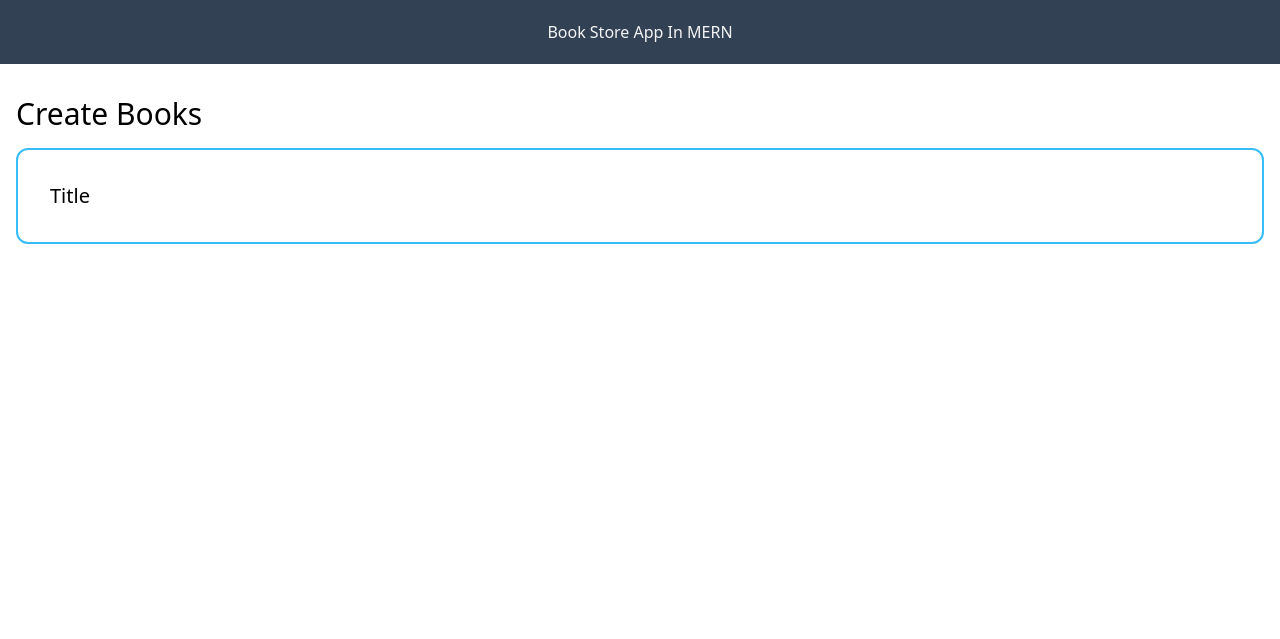
Repository: Attar786/Book_Menagment_Store
Page: /books/create (app in frontend/)
These files come from the project's save history. The page is drawn as it stood at one moment and after the next save; the edit follows.
The browser window is 1280 px wide. The pictures show the whole page.
The project was rebuilt for these pictures with package versions that can differ from the ones it lists, and the page was loaded fresh each time. Also part of the build but not shown: frontend/vite.config.js, frontend/components/Spinner.jsx, frontend/src/pages/Home.jsx, frontend/components/BackButton.jsx, frontend/src/pages/ShowBooks.jsx, frontend/src/pages/EditBooks.jsx, frontend/src/pages/DeleteBooks.jsx.

Above is the page before, as saved 2024-08-13 14:06:22.

After the next save:
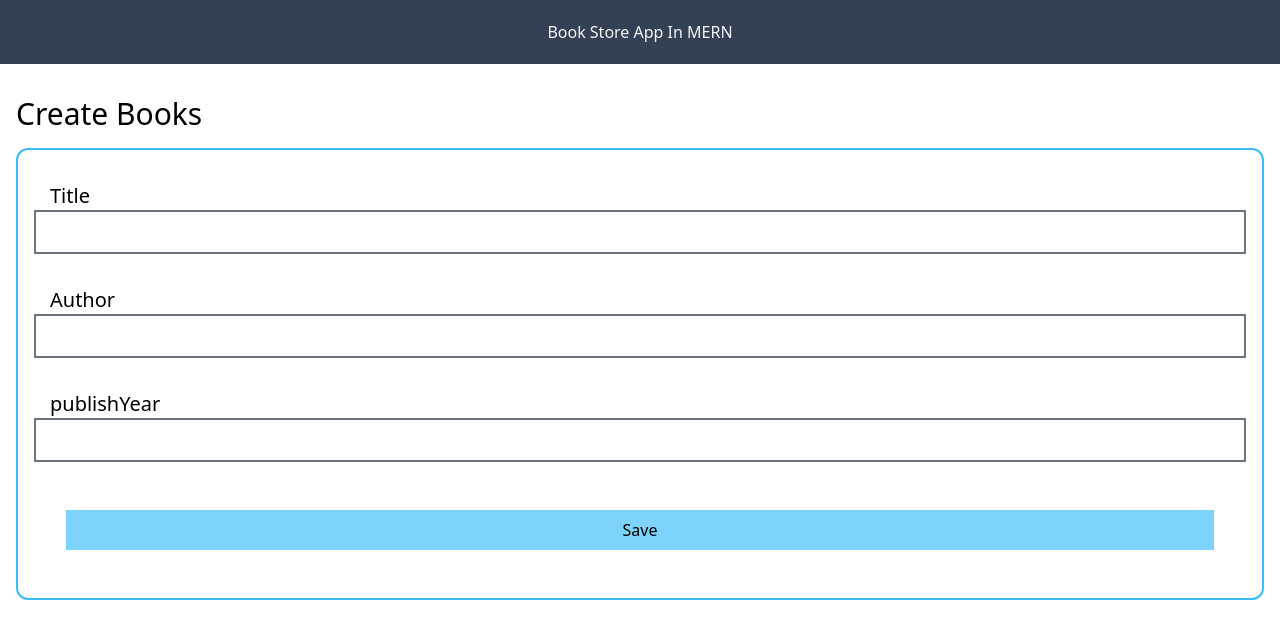
Saved 8 min 24 s later.
--- a/frontend/src/pages/CreateBooks.jsx
+++ b/frontend/src/pages/CreateBooks.jsx
@@ -8,25 +8,23 @@ import { useNavigate } from "react-router-dom"
 
 const CreateBooks = () => {
 
-const [title , setTitle] = useState('');
-const [author, setAuthor] = useState('');
-const [publishYear, setPublishYear] = useState('');
-const [loading, setLoading] = useState('');
-const navigate =  useNavigate();
+  const [title, setTitle] = useState('');
+  const [author, setAuthor] = useState('');
+  const [publishYear, setPublishYear] = useState('');
+  const [loading, setLoading] = useState('');
+  const navigate = useNavigate();
 
-const handleSaveBook = () =>
-  {
+  const handleSaveBook = () => {
     const data = {
       title,
       author,
       publishYear
     };
     setLoading(true);
-    axios.post('http://localhost:5000/books', data).then(()=>
-    {
+    axios.post('http://localhost:5000/books', data).then(() => {
       setLoading(false);
       navigate('/');
-    }).catch((error) =>{
+    }).catch((error) => {
       setLoading(false);
       alert('An error occurred while')
       console.log(error);
@@ -37,14 +35,42 @@ const handleSaveBook = () =>
     <div className='p-4'>
       <h1 className='my-4 text-3xl'>Create Books</h1>
       {
-        loading ? <Spinner/> : " "
+        loading ? <Spinner /> : " "
       }
       <div className="flex flex-col border-2 border-sky-400 rounded-xl w-[600] p-4 mx-auto">
         <div className="my-4">
           <label className="text-xl border-gray-500 px-4 py-2">
-        Title
+            Title
           </label>
+          <input
+            type="text"
+            value={title}
+            onChange={(e) => setTitle(e.target.value)}
+            className="border-gray-500 border-2 px-4 py-2 w-full" />
         </div>
+
+        <div className="my-4">
+          <label className="text-xl border-gray-500 px-4 py-2">
+            Author
+          </label>
+          <input
+            type="text"
+            value={author}
+            onChange={(e) => setAuthor(e.target.value)}
+            className="border-gray-500 border-2 px-4 py-2 w-full" />
+        </div>
+
+        <div className="my-4">
+          <label className="text-xl border-gray-500 px-4 py-2">
+            publishYear
+          </label>
+          <input
+            type="text"
+            value={publishYear}
+            onChange={(e) => setPublishYear(e.target.value)}
+            className="border-gray-500 border-2 px-4 py-2 w-full" />
+        </div>
+        <button className='p-2 bg-sky-300 m-8' onClick='{handleSaveBook}'> Save</button>
       </div>
     </div>
   )
